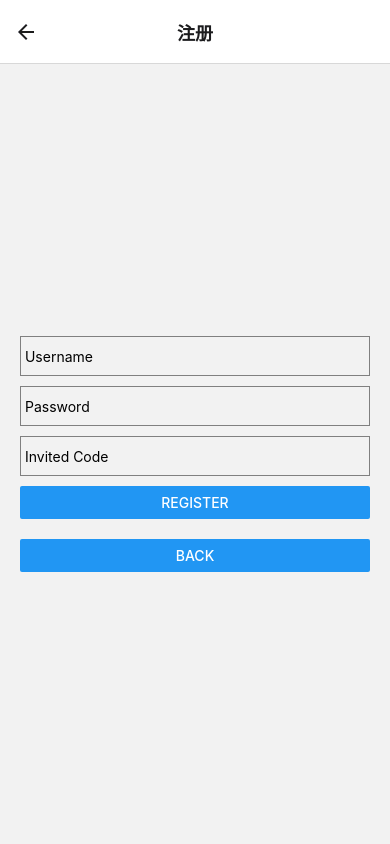
Repository: RidenShogunei/reactnative--make-an-app
Screen: /register (app in Myapp/)
The author's editor kept a copy of each file at every save. The screen is drawn from the files as they stood at one save, then again after the next save.
The app was drawn by React Native's web renderer in a window 390 px wide. The project was rebuilt for these pictures with package versions that can differ from the ones it lists, and the page was loaded fresh each time. Also part of the build but not shown: Myapp/pages/main.jsx.

Above is the screen before, as saved 2024-04-20 19:49:03.

### Myapp/App.js
import { NavigationContainer } from '@react-navigation/native';
import { createStackNavigator } from '@react-navigation/stack';

const Stack = createStackNavigator();
import Login from './pages/login'
import Register from './pages/register'
import Main from './pages/main'
function App() {
  return (
    <NavigationContainer>
      <Stack.Navigator initialRouteName="login">
        <Stack.Screen
          name="login"
          component={Login}
          options={{
            title: '登录',
            headerTitleAlign: 'center', // 设置标题居中
            headerTitleStyle: {
              fontWeight: 'bold', // 设置标题字体为粗体
            },
          }}
        />
        <Stack.Screen
          name="register"
          component={Register}
          options={{
            title: '注册',
            headerTitleAlign: 'center', // 设置标题居中
            headerTitleStyle: {
              fontWeight: 'bold', // 设置标题字体为粗体
            },
          }}
        />
         <Stack.Screen
          name="main"
          component={Main}
          options={{
            title: '主页',
            headerTitleAlign: 'center', // 设置标题居中
            headerTitleStyle: {
              fontWeight: 'bold', // 设置标题字体为粗体
            },
          }}
        />
      </Stack.Navigator>
    </NavigationContainer>
  );
}

export default App;

### Myapp/pages/login.jsx
// Login.jsx
import React, { useState } from "react";
import { View, TextInput, Button, StyleSheet } from "react-native";
import { useNavigation } from "@react-navigation/native";
import api from "../api/login";
const Login = () => {
  const [username, setUsername] = useState("");
  const [password, setPassword] = useState("");
  const navigation = useNavigation();

  const handleLogin = async () => {
    try {
      const result = await api.login(username, password);

      console.log("登录的结果是：", result);
      if (result.data && result.data !== "fail") {
        alert("登录成功！");
        navigation.navigate("main")
        // 在这里存储用户信息
      } else {
        alert("登录失败，用户名或密码错误");
      }
    } catch (error) {
      console.log("登录失败：", error);
      alert("登录失败，请稍后再试");
    }
  };
  return (
    <View style={styles.container}>
      <TextInput
        style={styles.input}
        placeholder=" Username"
        value={username}
        onChangeText={setUsername}
      />
      <TextInput
        style={styles.input}
        placeholder=" Password"
        secureTextEntry
        value={password}
        onChangeText={setPassword}
      />

      <View style={styles.buttonContainer}>
        <Button title="Login" onPress={handleLogin} />
        <View style={styles.spacingView} />
        <Button
          title="Register"
          onPress={() => navigation.navigate("register")}
        />
      </View>
    </View>
  );
};

const styles = StyleSheet.create({
  container: { flex: 1, padding: 20, justifyContent: "center" },
  input: { height: 40, borderColor: "gray", borderWidth: 1, marginBottom: 10 },
  buttonContainer: {
    justifyContent: "center",
  },
  spacingView: {
    height: 20, // 调整这个值可以改变按钮之间的距离
  },
});
export default Login;

### Myapp/pages/register.jsx
// Register.jsx
import React, { useState } from "react";
import { View, TextInput, Button, StyleSheet } from "react-native";
import { useNavigation } from "@react-navigation/native";
import api from "../api/login";
const Register = () => {
  const [username, setUsername] = useState("");
  const [password, setPassword] = useState("");
  const [Invite, setInvite] = useState("");
  const navigation = useNavigation();

  const handleRegister =async () => {
    const result = await api.register()
  };

  return (
    <View style={styles.container}>
      <TextInput
        style={styles.input}
        placeholder=" Username"
        value={username}
        onChangeText={setUsername}
      />
      <TextInput
        style={styles.input}
        placeholder=" Password"
        secureTextEntry
        value={password}
        onChangeText={setPassword}
      />
      <TextInput
        style={styles.input}
        placeholder=" Invited Code"
        secureTextEntry
        value={Invite}
        onChangeText={setInvite}
      />
      <View style={styles.buttonContainer}>
        <Button title="Register" onPress={handleRegister} />
        <View style={styles.spacingView} />
        <Button title="Back" onPress={() => navigation.navigate("login")} />
      </View>
    </View>
  );
};

const styles = StyleSheet.create({
  container: { flex: 1, padding: 20, justifyContent: "center" },
  input: { height: 40, borderColor: "gray", borderWidth: 1, marginBottom: 10 },
  buttonContainer: {
    justifyContent: "center",
  },
  spacingView: {
    height: 20, // 调整这个值可以改变按钮之间的距离
  },
});

export default Register;

### Myapp/api/login.js
import axios from 'axios';

const login = async (username, password) => {
    const data = {
        username: username,
        password: password
    };

    try {
        const response = await axios.post(`${process.env.REACT_APP_API_URL}/login`, data);
        return response.data;
    } catch (error) {
        console.error('Error during API Call', error);
        return { error: error.message };
    }
};

const register=async (username, password,realname) => {
    const data = {
        username: username,
        password: password,
        realname:realname,
    };
    try {
        const response = await axios.post(`${process.env.REACT_APP_API_URL}/register`, data);
        return response.data;
    } catch (error) {
        console.error('Error during API Call', error);
        return { error: error.message };
    }
};

const  confirm=async (uid) => {
    const data = {
        uid:uid
    };
    try {
        const response = await axios.post(`${process.env.REACT_APP_API_URL}/getconfirm`, data);
        return response.data;
    } catch (error) {
        console.error('Error during API Call', error);
        return { error: error.message };
    }
};
const api = {
    login,
    register,
    confirm
};

export default api;

After the next save:
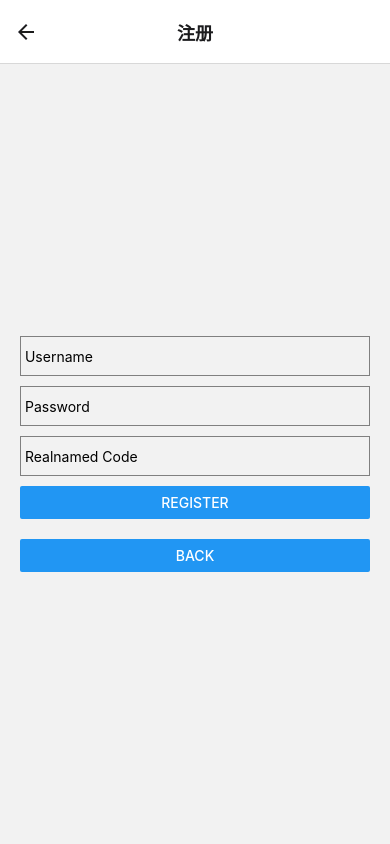
Saved 35 s later.
--- a/Myapp/pages/register.jsx
+++ b/Myapp/pages/register.jsx
@@ -6,7 +6,7 @@ import api from "../api/login";
 const Register = () => {
   const [username, setUsername] = useState("");
   const [password, setPassword] = useState("");
-  const [Invite, setInvite] = useState("");
+  const [Realname, setRealname] = useState("");
   const navigation = useNavigation();
 
   const handleRegister =async () => {
@@ -30,10 +30,10 @@ const Register = () => {
       />
       <TextInput
         style={styles.input}
-        placeholder=" Invited Code"
+        placeholder=" Realnamed Code"
         secureTextEntry
-        value={Invite}
-        onChangeText={setInvite}
+        value={Realname}
+        onChangeText={setRealname}
       />
       <View style={styles.buttonContainer}>
         <Button title="Register" onPress={handleRegister} />
